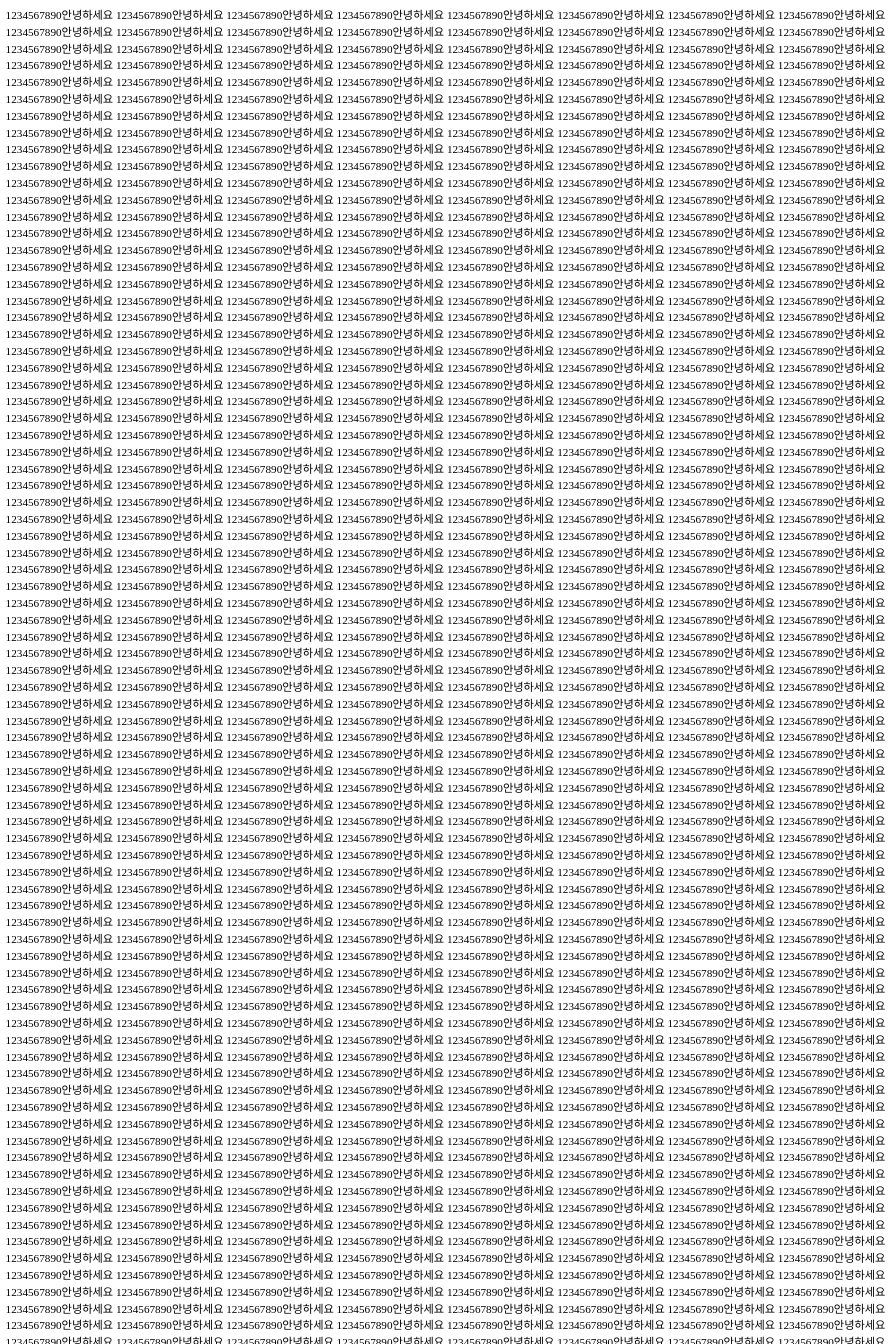
Repository: HongMW/study
Page: http://localhost/jsp01_basic/jsp03_process/jsp01_process.jsp
The author's editor kept a copy of each file at every save. The page is drawn from the files as they stood at one save, then again after the next save.
The browser window is 1280 px wide. The pictures show the part of the page from y = 0 to 1920 px (the page is 3016 px tall before and 1222 px after), at 70% of full size.
The page is served by Tomcat 9. Other server files are loaded and not shown.

Above is the page before, as saved 2022-12-12 04:48:07.

### 04.jsp/jsp01_basic/WebContent/jsp03_process/jsp01_process.jsp
<%@page language="java" contentType="text/html; charset=UTF-8" pageEncoding="UTF-8"%>
<%@page buffer="none" %>
<!--
	A. JSP처리과정
	B. 출력버퍼와 응답
	C. 플러쉬(Flush)
 -->
<!DOCTYPE html>
<html>
<head>
<meta charset="UTF-8">
<title>Insert title here</title>
</head>
<body>
	<%
		for(int i=0;i<1000;i++) {
	%>
		1234567890안녕하세요
	<%
		}
	%>
</body>
</html>

After the next save:
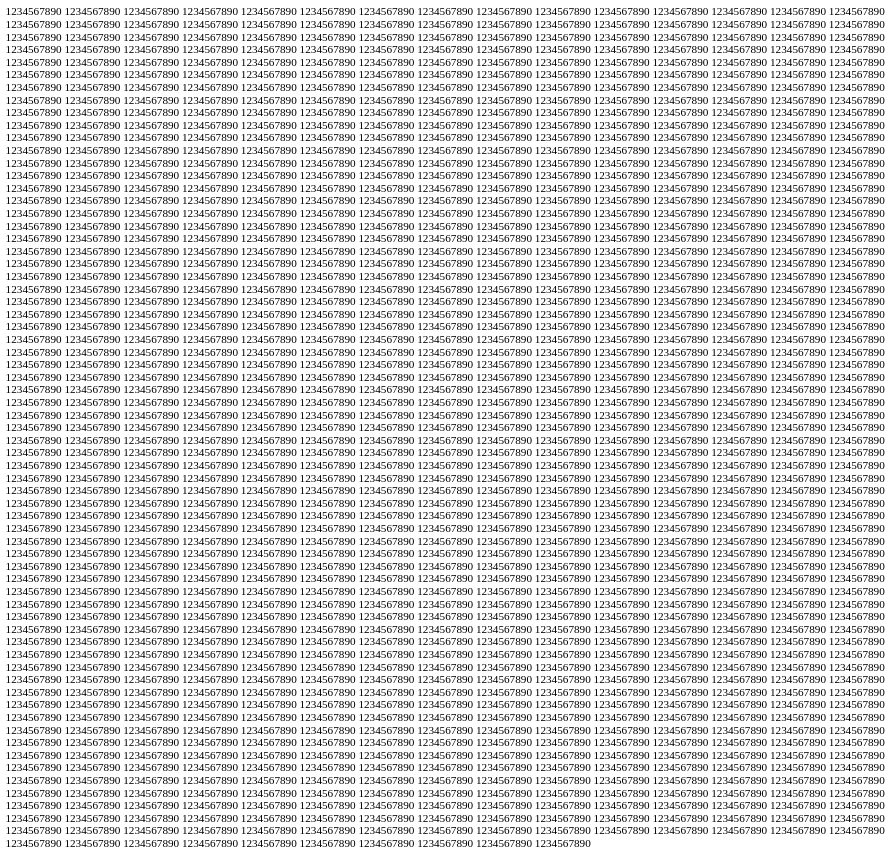
Saved 16 s later.
--- a/04.jsp/jsp01_basic/WebContent/jsp03_process/jsp01_process.jsp
+++ b/04.jsp/jsp01_basic/WebContent/jsp03_process/jsp01_process.jsp
@@ -15,7 +15,7 @@
 	<%
 		for(int i=0;i<1000;i++) {
 	%>
-		1234567890안녕하세요
+		1234567890
 	<%
 		}
 	%>
